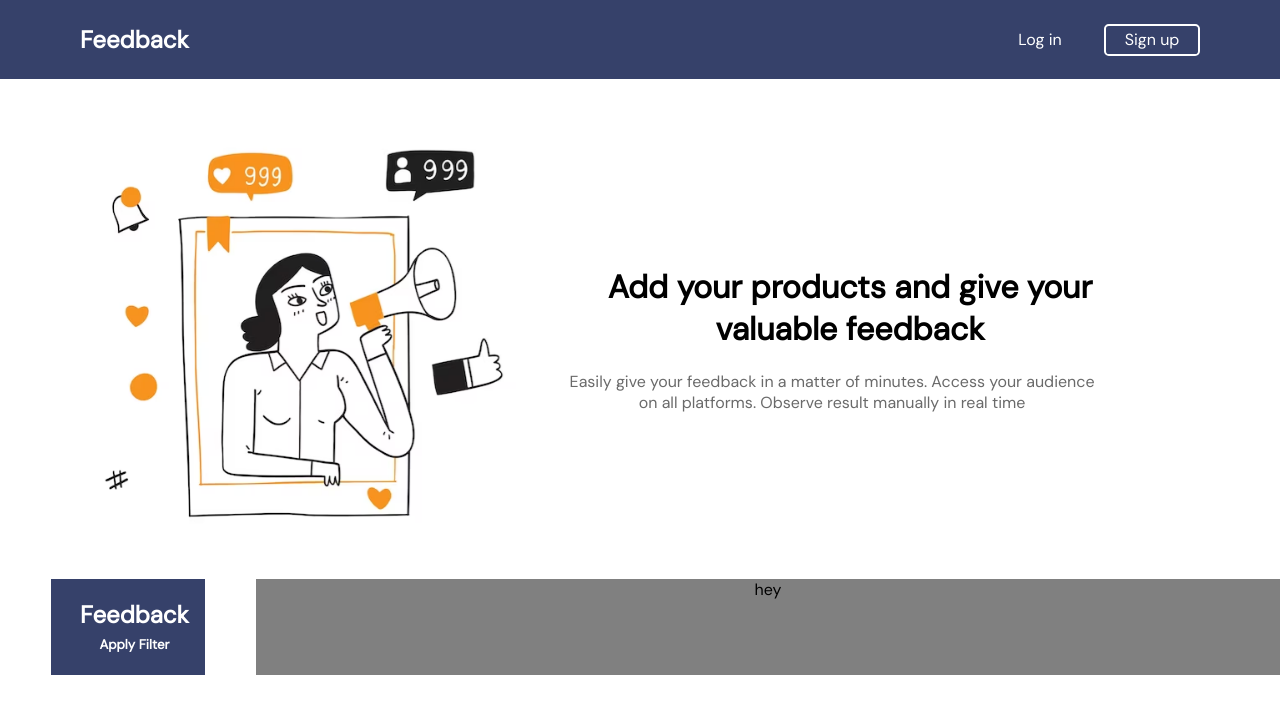
Repository: drumsmanku/final-evaluation-test
Page: / (app in client/)
An editor plug-in stored every save of this project. The page is shown before and after the next save, followed by the edit.
The browser window is 1280 px wide. The pictures show the whole page.
The page's requests for data from a server got no answer. The project was rebuilt for these pictures with package versions that can differ from the ones it lists, and the page was loaded fresh each time. No one was signed in, and anything a server would have sent is missing.

Above is the page before, as saved 2023-07-28 13:55:51.

After the next save:
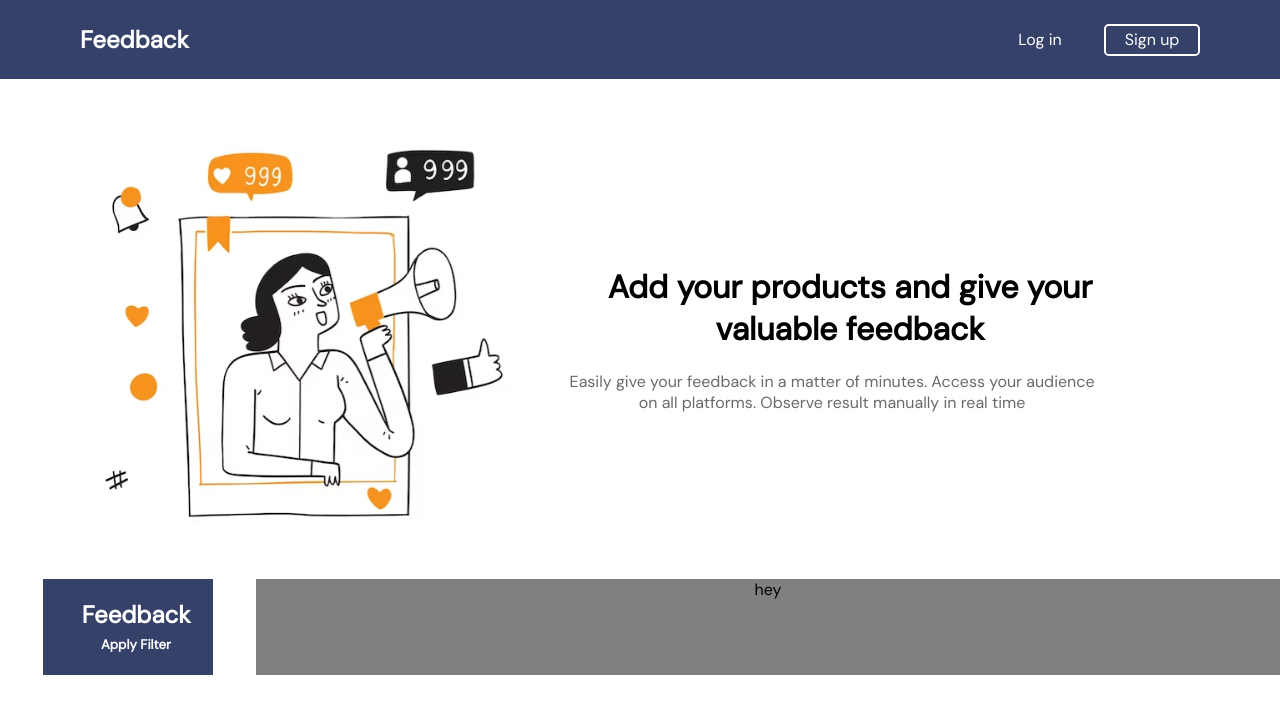
Saved 27 s later.
--- a/client/src/Components/MainPage.js
+++ b/client/src/Components/MainPage.js
@@ -70,9 +70,9 @@ function MainPage() {
       </div>
       <div className="main-bottom-container">
         <div className="bottom-left">
-          <article style={{backgroundColor:'#36416A', width:'60%', color:'white',}}>
-            <h2 style={{marginBottom:'0.4rem', marginLeft:'0.8rem'}}>Feedback</h2>
-            <h5 style={{marginTop:0,  marginLeft:'0.8rem'}}>Apply Filter</h5>
+          <article style={{backgroundColor:'#36416A', width:'60%', color:'white',paddingLeft:'1rem'}}>
+            <h2 style={{marginBottom:'0.4rem',}}>Feedback</h2>
+            <h5 style={{marginTop:0}}>Apply Filter</h5>
           </article>
         </div>
         <div className="bottom-right">
